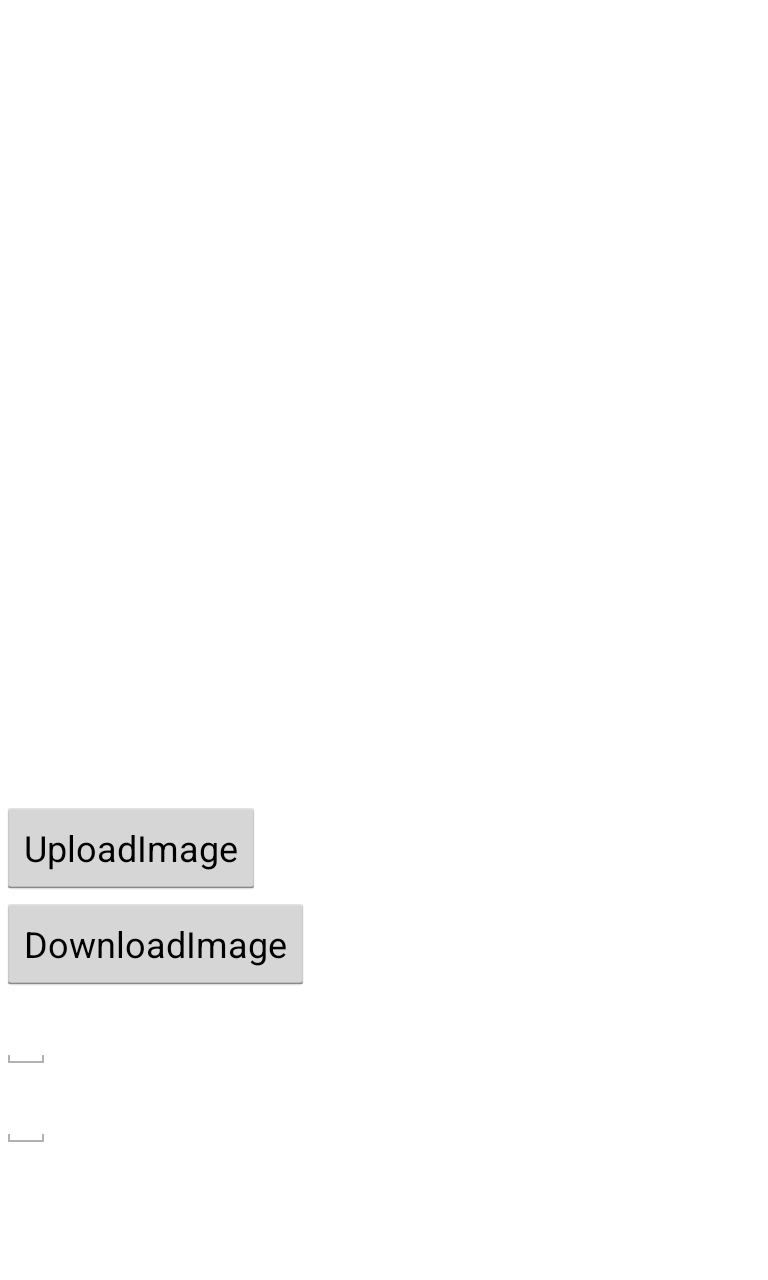
Repository: HSUmod/nanumi
Layout: Nanumi/ImageSendTest/res/layout/activity_main.xml
An editor plug-in stored every save of this project. The layout is shown before and after the next save, followed by the edit.
It is drawn on a 768 x 1280 px phone screen (xhdpi) without system bars, with theme AppTheme; the app's code is not run.

Above is the layout before, as saved 2015-11-17 07:02:40.

### Nanumi/ImageSendTest/res/layout/activity_main.xml
<LinearLayout xmlns:android="http://schemas.android.com/apk/res/android"
    xmlns:tools="http://schemas.android.com/tools"
    android:layout_width="match_parent"
    android:layout_height="match_parent"
    android:orientation="vertical"
    tools:context="com.example.imagesendtest.MainActivity" >

    <ImageView
        android:id="@+id/imageToUpload"
        android:layout_width="400dp"
        android:layout_height="400dp" />

    <ImageView
        android:id="@+id/downloadedImage"
        android:layout_width="wrap_content"
        android:layout_height="wrap_content" />

    <Button
        android:id="@+id/bUploadImage"
        android:layout_width="wrap_content"
        android:layout_height="wrap_content"
        android:text="UploadImage" />

    <Button
        android:id="@+id/bDownloadImage"
        android:layout_width="wrap_content"
        android:layout_height="wrap_content"
        android:text="DownloadImage" />

    <EditText
        android:id="@+id/uploadImageName"
        android:layout_width="wrap_content"
        android:layout_height="wrap_content" />

    <EditText
        android:id="@+id/downloadImageName"
        android:layout_width="wrap_content"
        android:layout_height="wrap_content" />

</LinearLayout>

Loaded but not shown: Nanumi/ImageSendTest/res/values/styles.xml (common file); Nanumi/ImageSendTest/res/values-v11/styles.xml (common file); Nanumi/ImageSendTest/res/values-v14/styles.xml (common file)

After the next save:
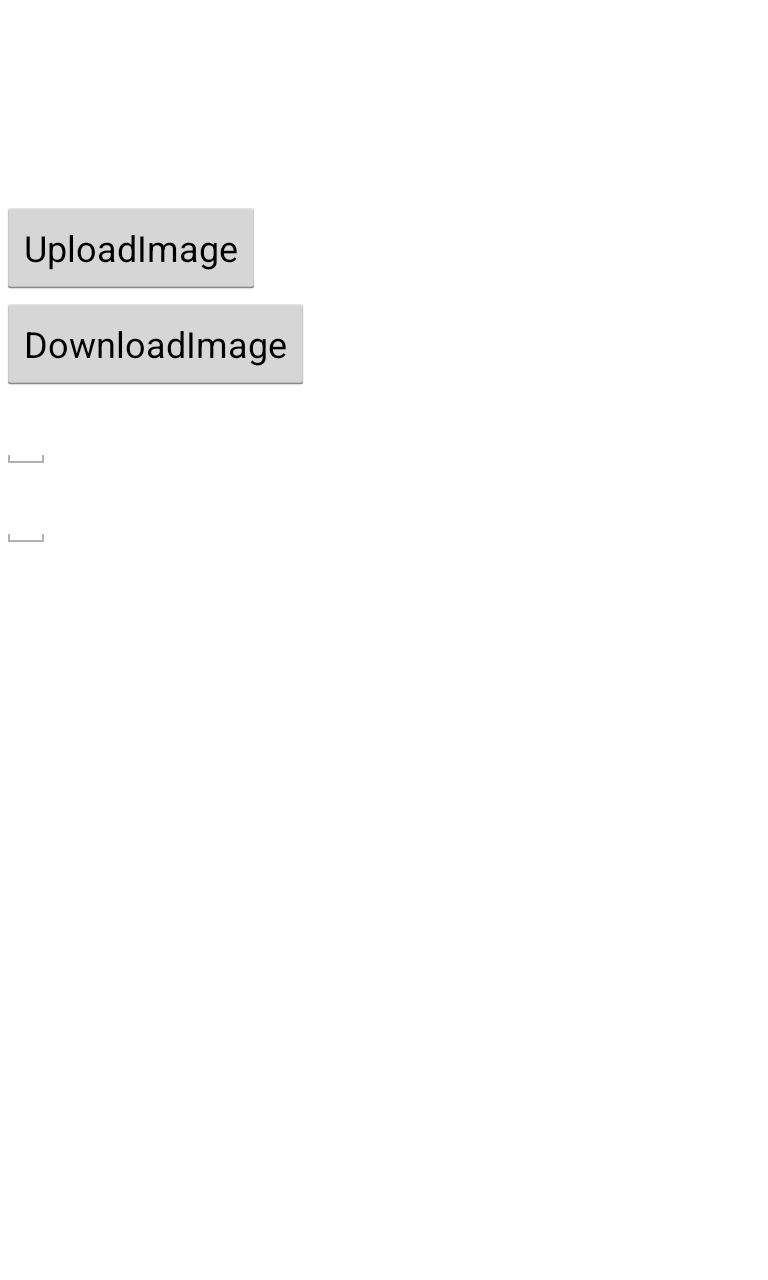
Saved 10 s later.
--- a/Nanumi/ImageSendTest/res/layout/activity_main.xml
+++ b/Nanumi/ImageSendTest/res/layout/activity_main.xml
@@ -7,8 +7,8 @@
 
     <ImageView
         android:id="@+id/imageToUpload"
-        android:layout_width="400dp"
-        android:layout_height="400dp" />
+        android:layout_width="100dp"
+        android:layout_height="100dp" />
 
     <ImageView
         android:id="@+id/downloadedImage"
